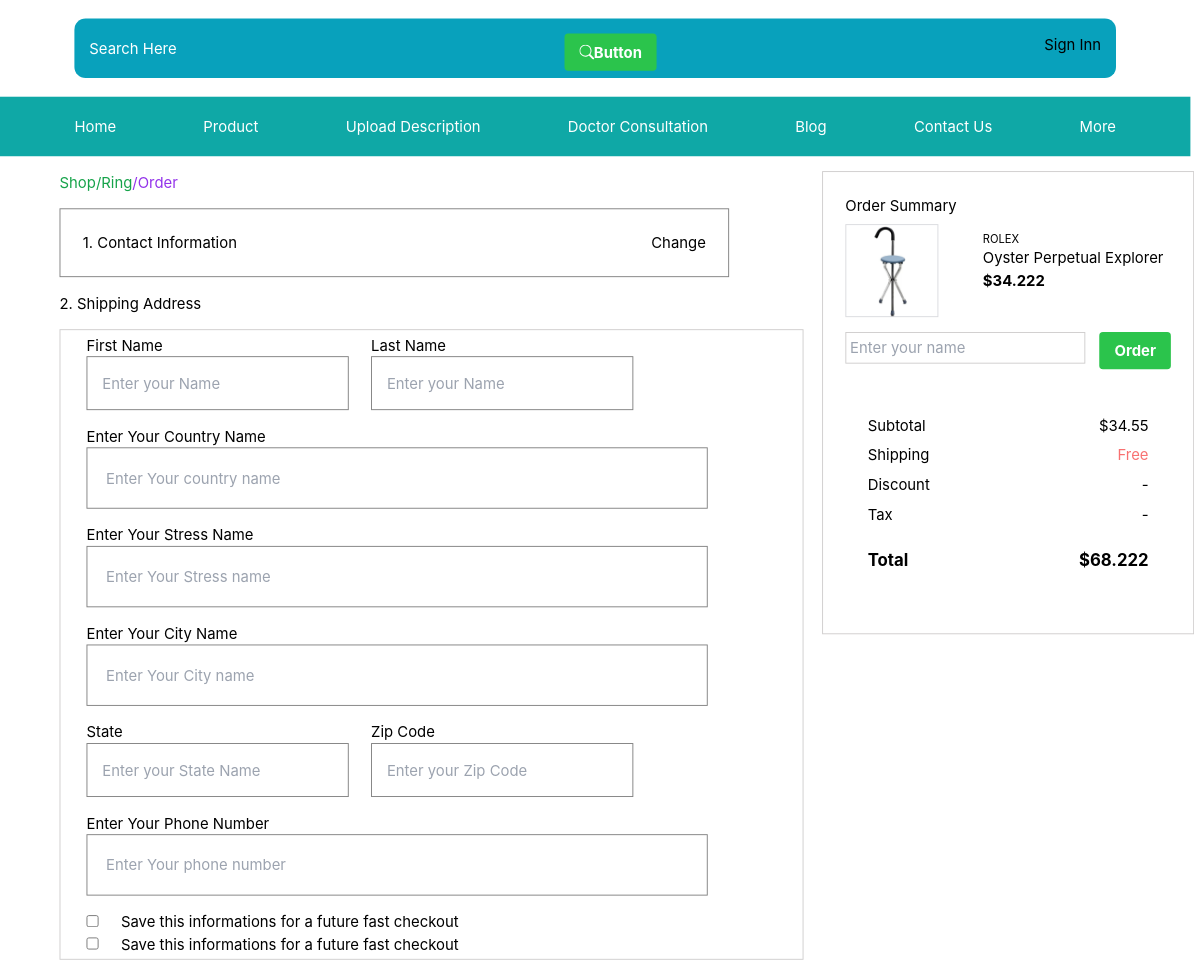
Repository: arafatmollah/form-pharma
Page: /
An editor plug-in stored every save of this project. The page is shown before and after a run of saves, followed by the edit.
The browser window is 1280 px wide. The page is 1284 px wide, so the pictures cover 1284 px, including what lies to the right of the window. The pictures show the whole page, at 93% of full size.
The project was rebuilt for these pictures with package versions that can differ from the ones it lists, and the page was loaded fresh each time.

Above is the page before, as saved 2023-03-15 00:23:05.

After the next 3 saves:
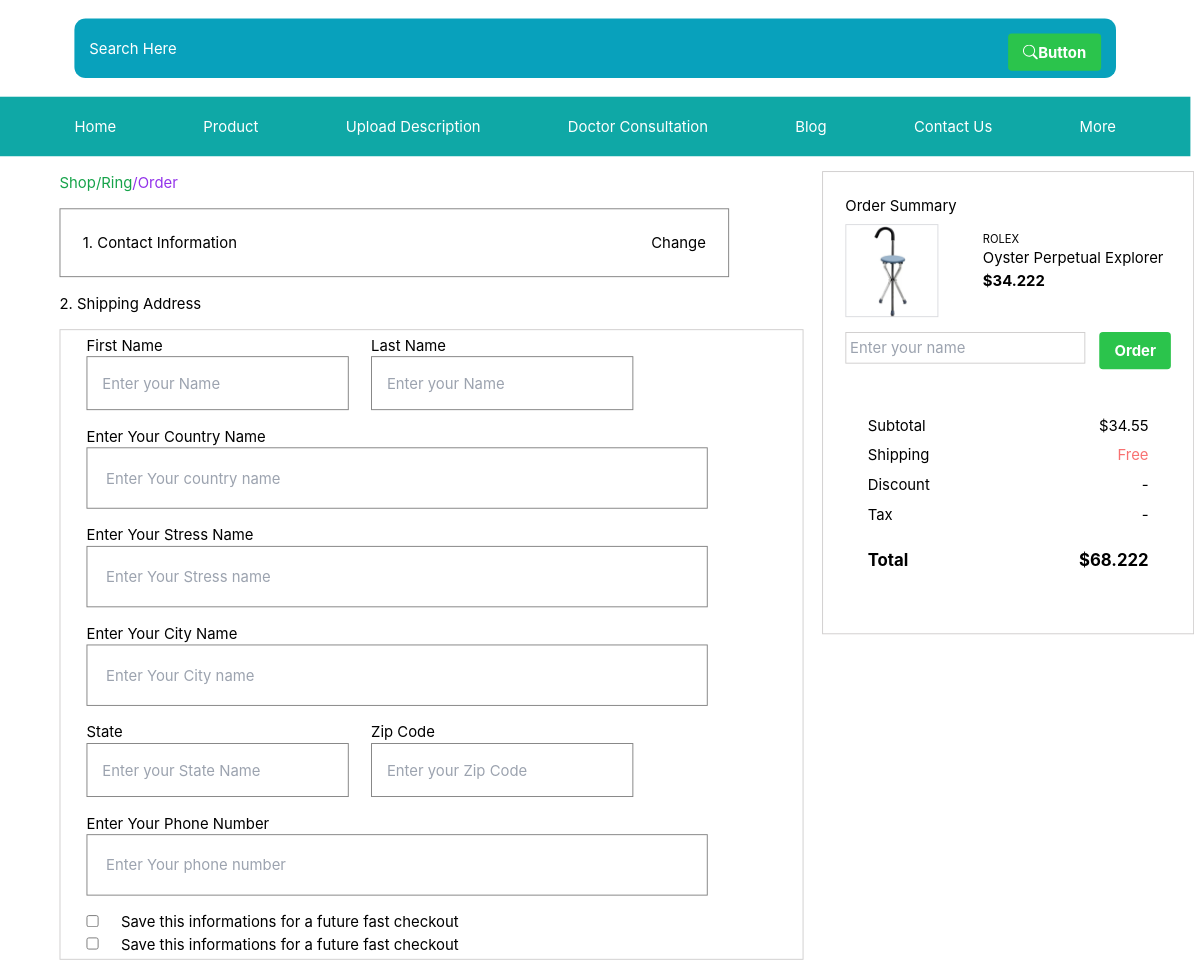
The 3 saves are shown as one change because they came seconds apart.
The last was saved 16 s later.
--- a/src/Nav.js
+++ b/src/Nav.js
@@ -9,7 +9,6 @@ function Nav() {
           <div className='flex justify-between align-middle'>
                 <p className='text-white mt-1'>Search Here</p>
                 <button className="btn mb-1 py-2 flex items-center justify-between"><BsSearch></BsSearch> Button</button>
-                <p>Sign Inn</p>
           </div>
         </div>
         <div className='box-border h-16 w-100 nav'>
